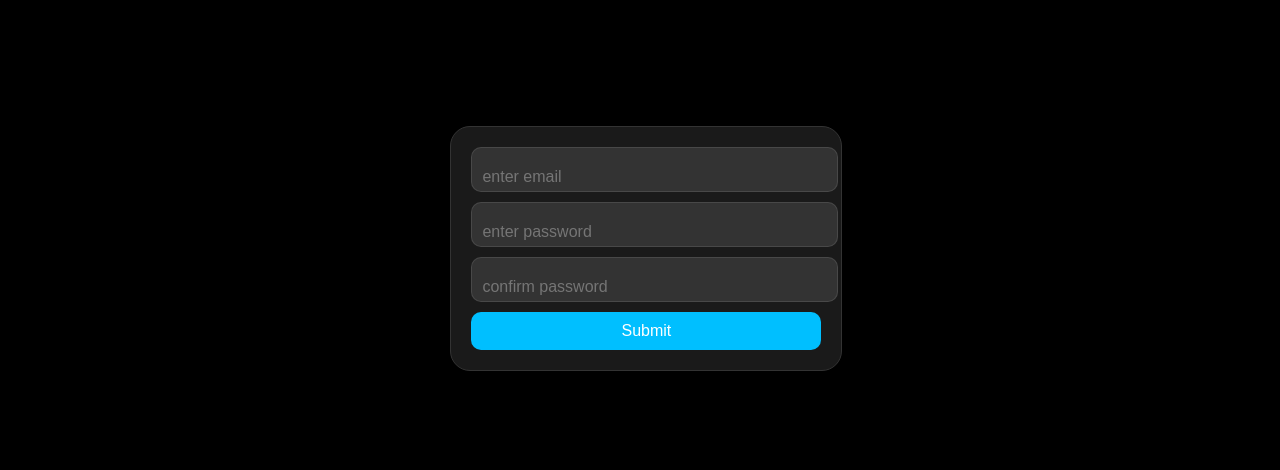
Repository: PeruriNaresh/Bank_Project
Page: http://localhost/bank_project/forgotpassword.jsp
An editor plug-in stored every save of this project. The page is shown before and after the next save, followed by the edit.
The browser window is 1280 px wide. The pictures show the whole page.
The page is served by Tomcat 9. Other server files are loaded and not shown.

Above is the page before, as saved 2024-10-24 13:38:42.

### bank_project/src/main/webapp/forgotpassword.jsp
<%@ page language="java" contentType="text/html; charset=UTF-8"
    pageEncoding="UTF-8"%>
<!DOCTYPE html>
<html>
<head>
<meta charset="UTF-8">
<title>Insert title here</title>
</head>
<style>
/* From Uiverse.io by ammarsaa */
body{
background-color:black;
}
div{

margin-left:35%;
margin-top:10%;
}
.form {
  display: flex;
  flex-direction: column;
  gap: 10px;
  max-width: 350px;
  padding: 20px;
  border-radius: 20px;
  position: relative;
  background-color: #1a1a1a;
  color: #fff;
  border: 1px solid #333;
}

.title {
  font-size: 28px;
  font-weight: 600;
  letter-spacing: -1px;
  position: relative;
  display: flex;
  align-items: center;
  padding-left: 30px;
  color: #00bfff;
}

.title::before {
  width: 18px;
  height: 18px;
}

.title::after {
  width: 18px;
  height: 18px;
  animation: pulse 1s linear infinite;
}

.title::before,
.title::after {
  position: absolute;
  content: "";
  height: 16px;
  width: 16px;
  border-radius: 50%;
  left: 0px;
  background-color: #00bfff;
}




.flex {
  display: flex;
  width: 100%;
  gap: 6px;
}

.form label {
  position: relative;
}

.form label .input {
  background-color: #333;
  color: #fff;
  width: 100%;
  padding: 20px 05px 05px 10px;
  outline: 0;
  border: 1px solid rgba(105, 105, 105, 0.397);
  border-radius: 10px;
}

.form label .input + span {
  color: rgba(255, 255, 255, 0.5);
  position: absolute;
  left: 10px;
  top: 0px;
  font-size: 0.9em;
  cursor: text;
  transition: 0.3s ease;
}

.form label .input:placeholder-shown + span {
  top: 12.5px;
  font-size: 0.9em;
}

.form label .input:focus + span,
.form label .input:valid + span {
  color: #00bfff;
  top: 0px;
  font-size: 0.7em;
  font-weight: 600;
}

.input {
  font-size: medium;
}

.submit {
  border: none;
  outline: none;
  padding: 10px;
  border-radius: 10px;
  color: #fff;
  font-size: 16px;
  transform: .3s ease;
  background-color: #00bfff;
}

.submit:hover {
  background-color: #00bfff96;
}


@keyframes pulse {
  from {
    transform: scale(0.9);
    opacity: 1;
  }

  to {
    transform: scale(1.8);
    opacity: 0;
  }
}
</style>
<body>
<div>
	<form class="form">
	    <label>
	        <input class="input" type="email" placeholder="enter email" name="email">
	    </label>

	    <label>
	        <input class="input" type="password" placeholder="enter password" name="password">
	    </label>
	    <label>
	        <input class="input" type="password" placeholder="confirm password" name="confirmpassword">
	    </label>
	    <p style="display:none" id="msg">passwords doesnot match</p>
	    <button class="submit">Submit</button>
	</form>
</div>
<script>
	var inputs=document.querySelectorAll("input");
	var msg=document.getElementById("msg");
	var confirm=inputs[2];
	var submit=document.querySelector("button");
	confirm.addEventListener("change",()=>
	{
		var pass= inputs[1].value;
		if(pass!=confirm.value)
		{
			msg.style.display="flex";
		}
		else
		{
			msg.style.display="none";
			submit.removeAttribute("disabled");
		}
	});
</script>
</body>
</html>

After the next save:
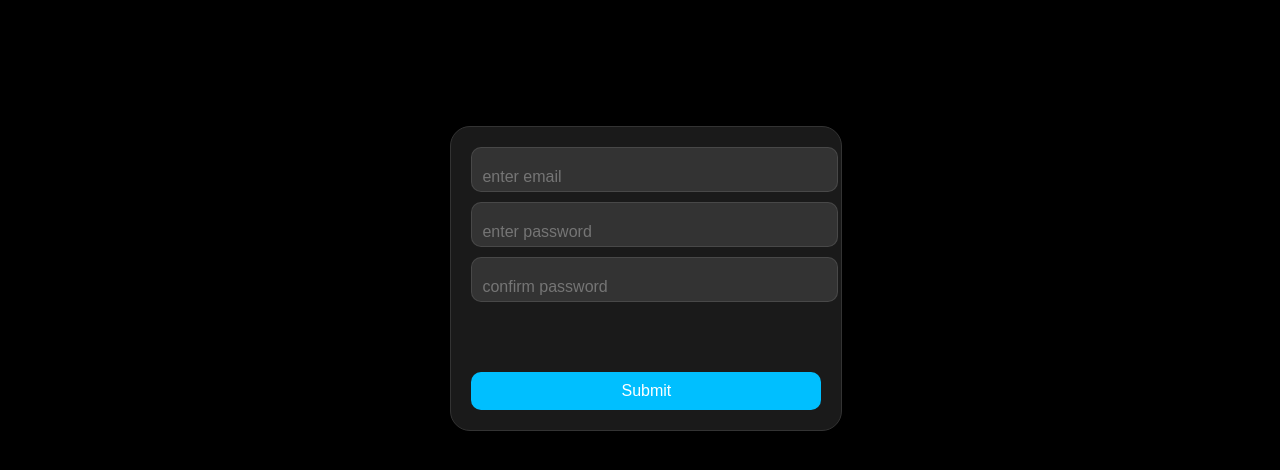
Saved 55 s later.
--- a/bank_project/src/main/webapp/forgotpassword.jsp
+++ b/bank_project/src/main/webapp/forgotpassword.jsp
@@ -153,7 +153,7 @@
 	    <label>
 	        <input class="input" type="password" placeholder="confirm password" name="confirmpassword">
 	    </label>
-	    <p style="display:none" id="msg">passwords doesnot match</p>
+	    <p style="opacity:0" id="msg">passwords doesnot match</p>
 	    <button class="submit">Submit</button>
 	</form>
 </div>
@@ -167,12 +167,13 @@
 		var pass= inputs[1].value;
 		if(pass!=confirm.value)
 		{
-			msg.style.display="flex";
+			msg.style.opacity=1;
 		}
 		else
 		{
-			msg.style.display="none";
+
 			submit.removeAttribute("disabled");
+			msg.style.opacity=0;
 		}
 	});
 </script>
